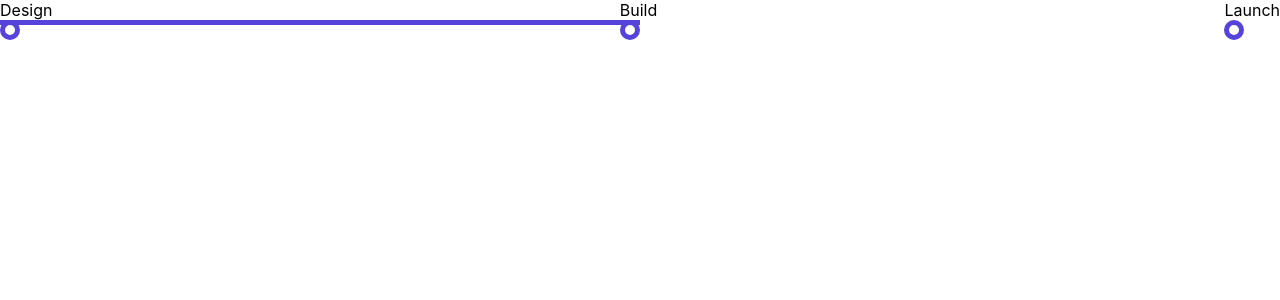
Repository: remrtehno/StepProgressBar
Page: /
These files come from the project's save history. The page is drawn as it stood at one moment and after the next save; the edit follows.
The browser window is 1280 px wide. The pictures show the whole page.
The project was rebuilt for these pictures with package versions that can differ from the ones it lists, and the page was loaded fresh each time.

Above is the page before, as saved 2021-05-30 23:09:11.

After the next save:
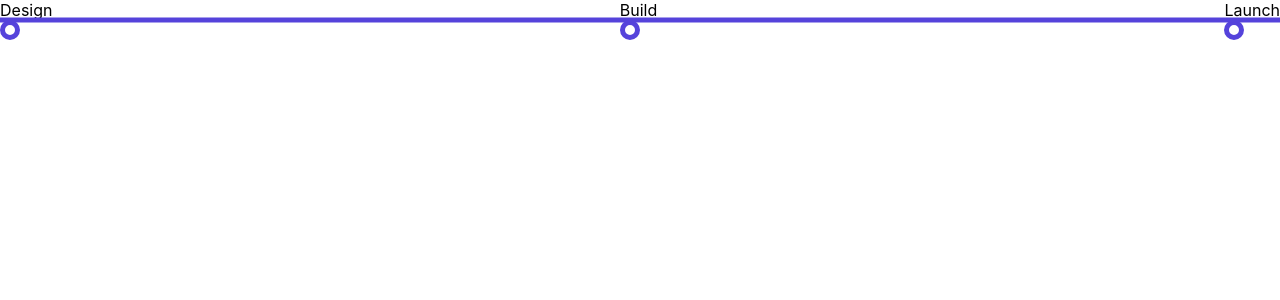
Saved 6 s later.
--- a/src/ProgressBar/ProgressBar.module.scss
+++ b/src/ProgressBar/ProgressBar.module.scss
@@ -19,5 +19,5 @@
   left: 0;
   right: 0;
   top: 50%;
-  transform: translateX(-50%);
+  transform: translateY(-50%);
 }
